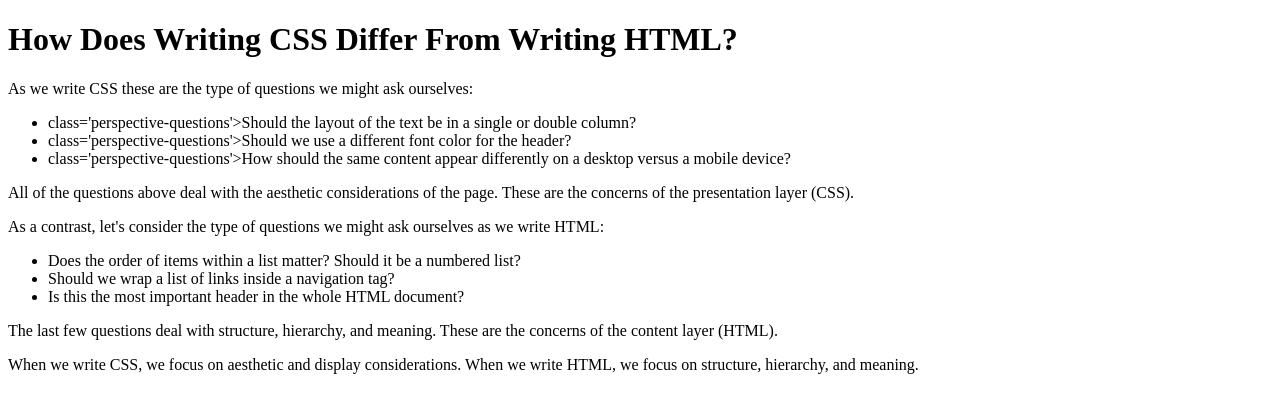
Repository: mrjayajay/week-1-code-challenges
Page: phase-0-css-intro-lab/index.html
The author's editor kept a copy of each file at every save. The page is drawn from the files as they stood at one save, then again after the next save.
The browser window is 1280 px wide. The pictures show the whole page.

Above is the page before, as saved 2024-03-14 08:07:44.

After the next save:
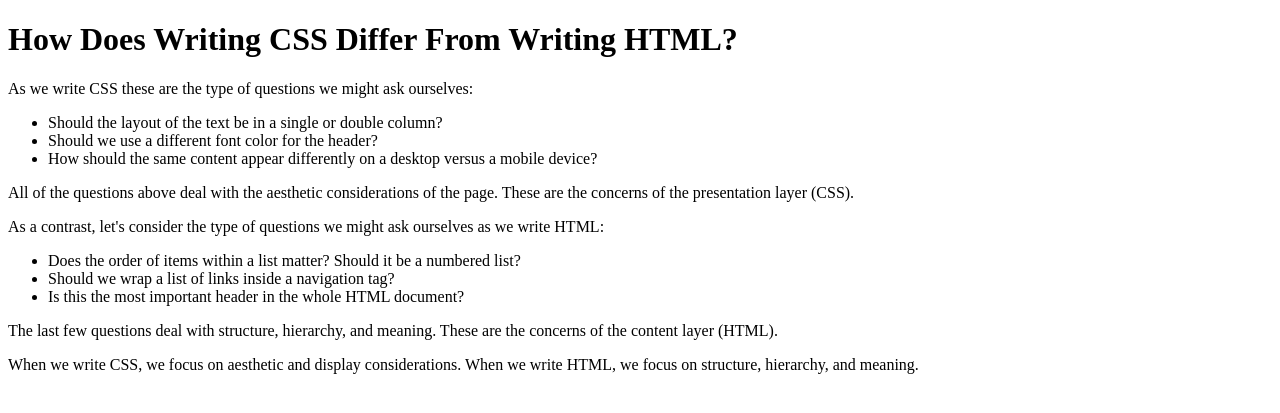
Saved 25 s later.
--- a/phase-0-css-intro-lab/index.html
+++ b/phase-0-css-intro-lab/index.html
@@ -13,9 +13,9 @@
       <p>As we write CSS these are the type of questions we might ask ourselves:</p>
 
       <ul>
-        <li> class='perspective-questions'>Should the layout of the text be in a single or double column?</li>
-        <li> class='perspective-questions'>Should we use a different font color for the header?</li>
-        <li> class='perspective-questions'>How should the same content appear
+        <li class='perspective-questions'>Should the layout of the text be in a single or double column?</li>
+        <li class='perspective-questions'>Should we use a different font color for the header?</li>
+        <li class='perspective-questions'>How should the same content appear
           differently on a desktop versus a mobile device?</li>
       </ul>
 
